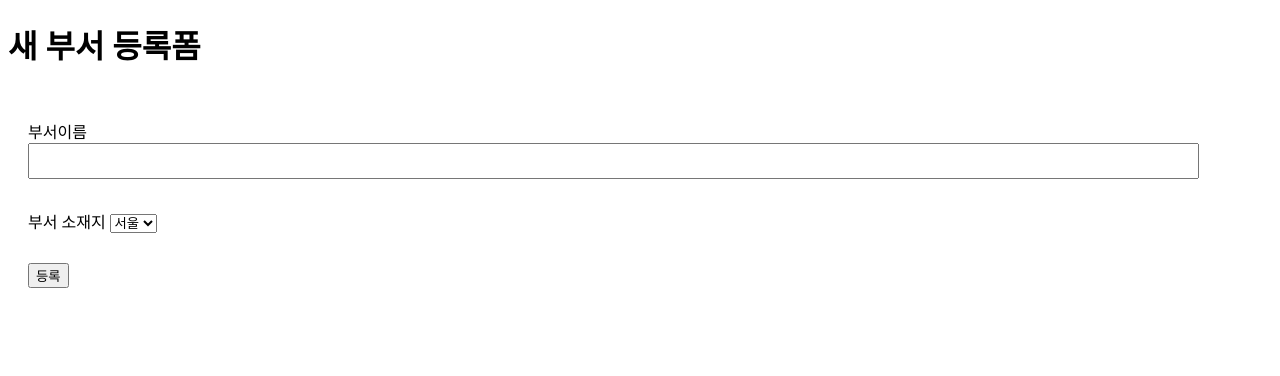
Repository: benpark0613/basic
Page: http://localhost/sample/hr/dept/form.jsp
These files come from the project's save history. The page is drawn as it stood at one moment and after the next save; the edit follows.
The browser window is 1280 px wide. The pictures show the whole page.
The page is served by Tomcat 9. Other server files are loaded and not shown.

Above is the page before, as saved 2021-11-11 02:41:18.

### HR_app/sample/src/main/webapp/hr/dept/form.jsp
<%@ page language="java" contentType="text/html; charset=UTF-8"
    pageEncoding="UTF-8"%>
<!DOCTYPE html>
<html>
<head>
<meta charset="UTF-8">
<link rel="stylesheet" type="text/css" href="../../resources/css/style.css">
<title>부서정보 관리::입력폼</title>
</head>
<body>
	<h1>새 부서 등록폼</h1>

	<div>
		<form method="post" action="register.jsp">
			<div class="form-group">
				<label>부서이름</label>
				<input type="text" name="name"/>
			</div>
			<div class="form-group">
				<label>부서 소재지</label>
				<select name="locationId">
					<option value="1000">서울</option>
					<option value="1000">서울</option>
					<option value="1000">서울</option>
					<option value="1000">서울</option>
					<option value="1000">서울</option>
					<option value="1000">서울</option>
				</select>
			</div>
			<div>
				<input type="submit" value="등록"/>
				<!--
					<form>태그 안에서 사용가능한 버튼
					<input type="submit" value="등록"/>	: form의 입력값을 서버로 제출한다.
					<button>등록</button>					: form의 입력값을 서버로 제출한다.
					<button type="submit">등록</button>	: form의 입력값을 서버로 제출한다.
					<button type="button">등록</button>	: form의 입력값을 서버로 제출하지 않는다.
				 -->
			</div>
		</form>

	</div>
</body>
</html>

### HR_app/sample/src/main/webapp/resources/css/style.css
@charset "UTF-8";

div {
	margin: 10px 0;
	padding: 10px;
}

table {
	width: 100%;
	border-collapse: collapse;
}

th, td {
	padding: 8px;
	text-align: left;
	border: 1px solid black;
}

thead th {
	background-color: #0072B5;
	color : white;
	font-weight: bolder;
}

.text-center {
	text-align: center;
}

.text-left {
	text-align: left;
}

.text-right {
	text-align: right;
}

.form-group labe {
	display: block;
	font-weight: bold;
}

.form-group input[type='text'],
	.form-group input[type='password'],
	.form-group input[type='number'],
	.form-group input[type='date'] {
		height: 30px;
		width: 95%;
	}

After the next save:
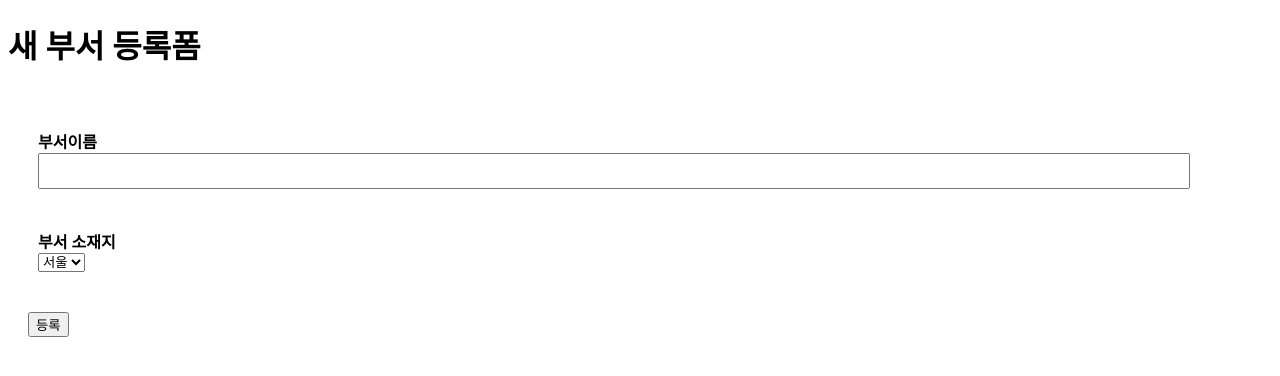
Saved 33 s later.
--- a/HR_app/sample/src/main/webapp/resources/css/style.css
+++ b/HR_app/sample/src/main/webapp/resources/css/style.css
@@ -34,7 +34,11 @@ thead th {
 	text-align: right;
 }
 
-.form-group labe {
+.form-group {
+	margin: 20px 10px;
+}
+
+.form-group label {
 	display: block;
 	font-weight: bold;
 }
